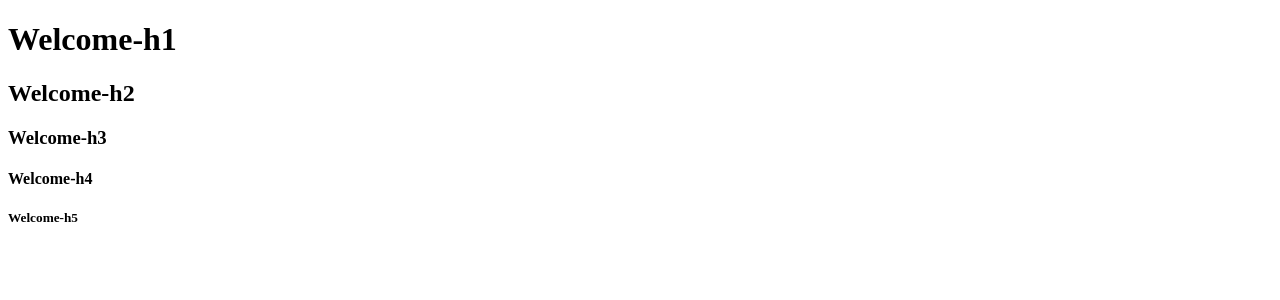
Repository: Onlinetrainingtech/AdvanceJavaMilky1
Page: AdvanceJavaMilky/FirstProgram/src/main/webapp/index.html
An editor plug-in stored every save of this project. The page is shown before and after the next save, followed by the edit.
The browser window is 1280 px wide. The pictures show the whole page.

Above is the page before, as saved 2024-01-01 08:24:39.

After the next save:
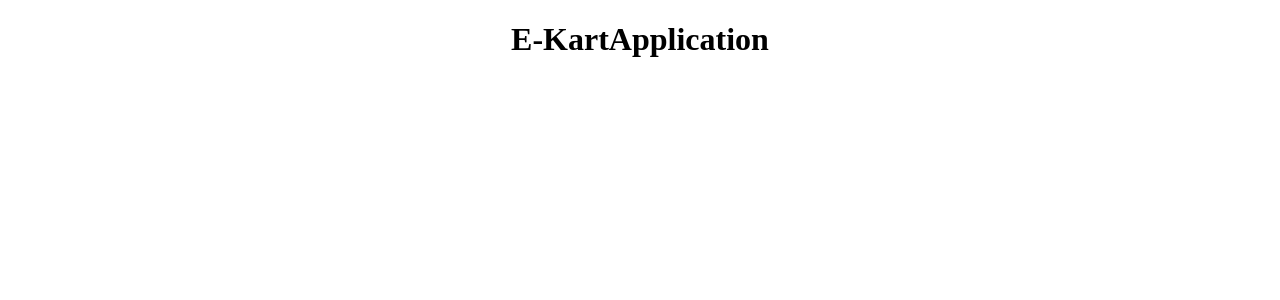
Saved 77 s later.
--- a/AdvanceJavaMilky/FirstProgram/src/main/webapp/index.html
+++ b/AdvanceJavaMilky/FirstProgram/src/main/webapp/index.html
@@ -5,11 +5,13 @@
 <title>Insert title here</title>
 </head>
 <body>
-<h1>Welcome-h1</h1>
+<!-- <h1>Welcome-h1</h1>
 <h2>Welcome-h2</h2>
 <h3>Welcome-h3</h3>
 <h4>Welcome-h4</h4>
-<h5>Welcome-h5</h5>
-
+<h5>Welcome-h5</h5> -->
+<center>
+<h1>E-KartApplication</h1>
+</center>
 </body>
 </html>
